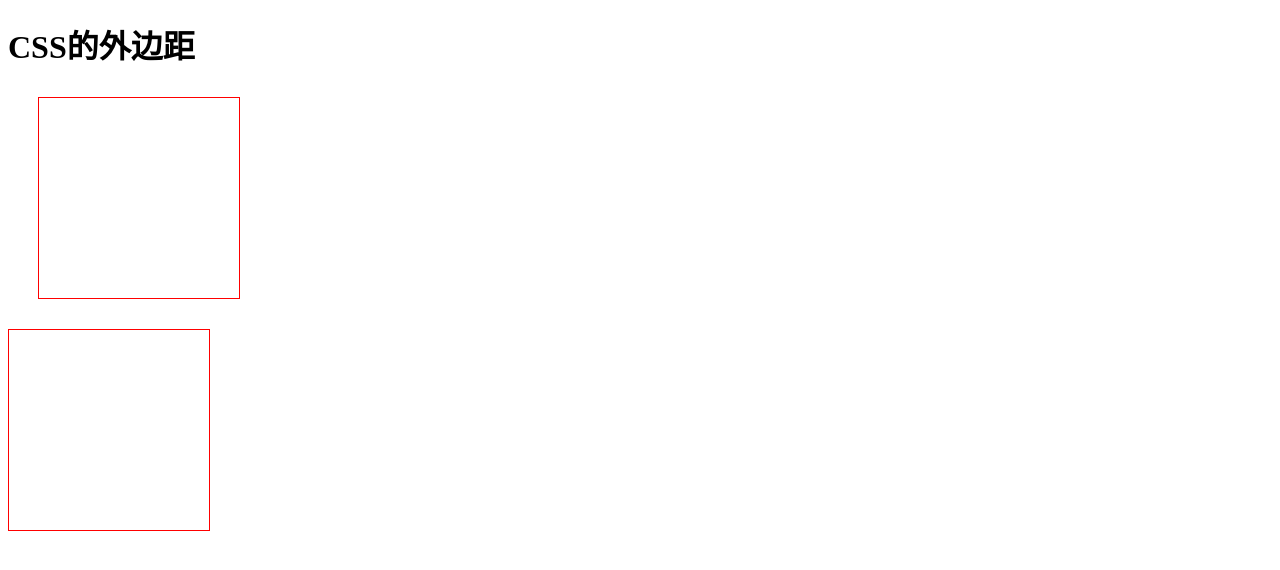
Repository: nanfengovo/CSS
Page: margin.html
The author's editor kept a copy of each file at every save. The page is drawn from the files as they stood at one save, then again after the next save.
The browser window is 1280 px wide. The pictures show the whole page.

Above is the page before, as saved 2025-01-01 10:14:38.

After the next save:
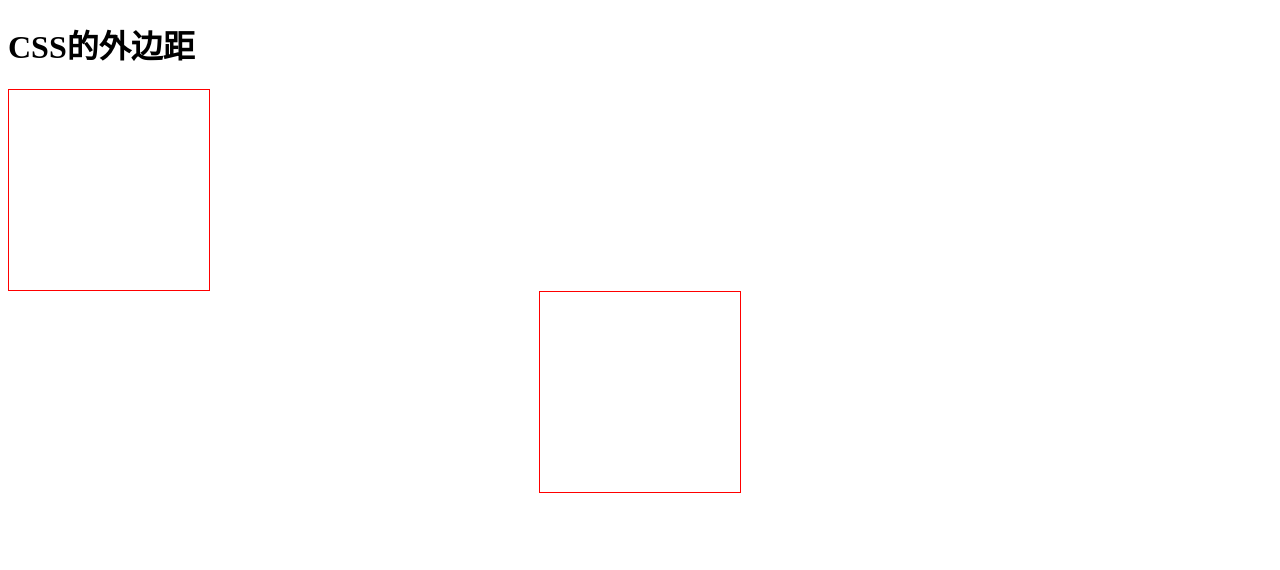
Saved 3 min 7 s later.
--- a/margin.html
+++ b/margin.html
@@ -6,7 +6,7 @@
     <title>CSS的外边距</title>
     <style>
         #div_1{
-            margin: 30px;
+
             width: 200px;
             height: 200px;
             border: 1px solid red;
@@ -15,6 +15,7 @@
             width: 200px;
             height: 200px;
             border: 1px solid red;
+            margin: auto;
         }
     </style>
 </head>
